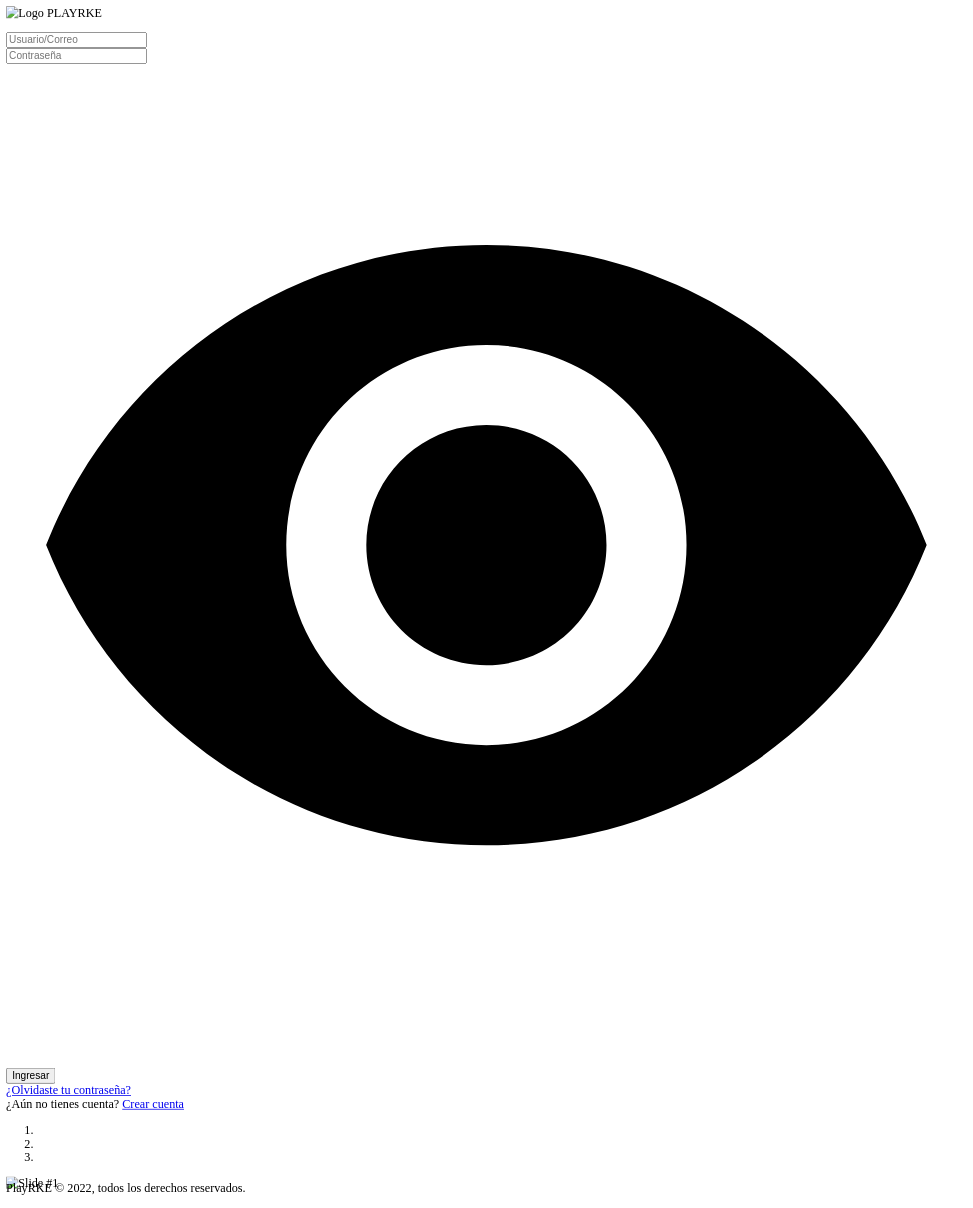
Repository: earo191/RKE
Page: http://localhost/login
The author's editor kept a copy of each file at every save. The page is drawn from the files as they stood at one save, then again after the next save.
The browser window is 1280 px wide. The pictures show the whole page, at 76% of full size.
The page is served by the project's Laravel application, run on PHP 8.4 with Laravel 8.

Above is the page before, as saved 2022-05-31 15:09:14.
Console error: ReferenceError: $ is not defined

After the next save:
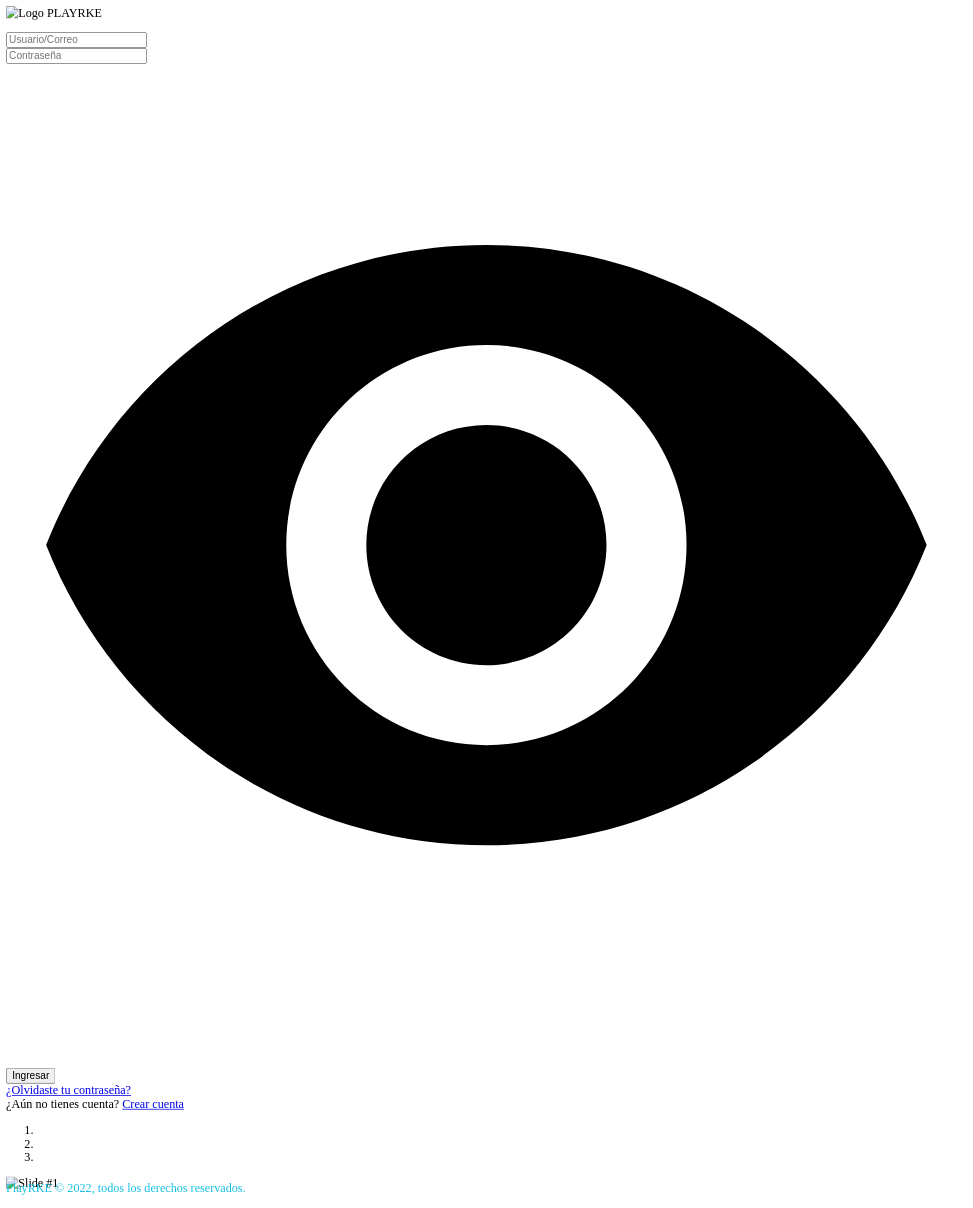
Saved 57 s later.
--- a/resources/views/auth/login.blade.php
+++ b/resources/views/auth/login.blade.php
@@ -50,7 +50,7 @@
           Crear cuenta
         </a>
       </article>
-      <div class="text-center" style="position: absolute; margin-top: 77px;">
+      <div class="text-center" style="position: absolute; margin-top: 77px; color: #14c0e1">
         <p>PlayRKE © 2022, todos los derechos reservados.</p>
       </div>
     </footer>
